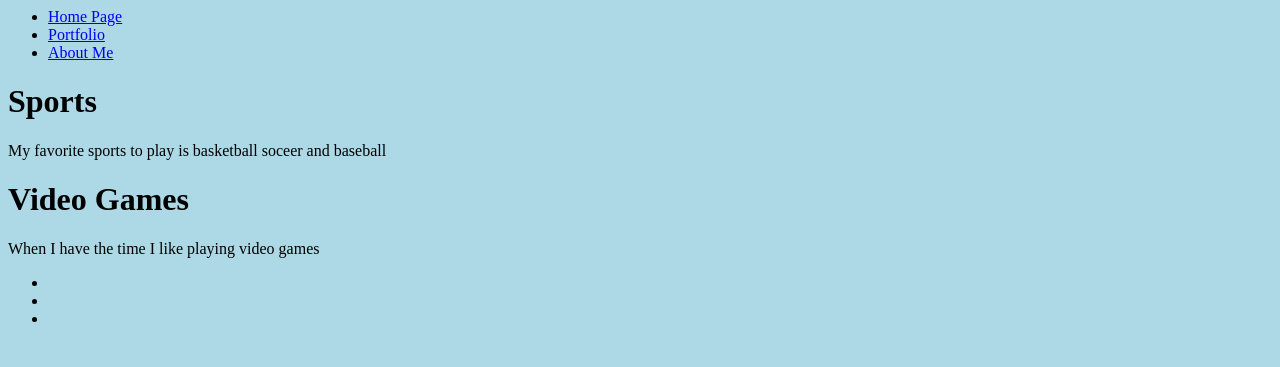
Repository: KevinAbr/KevinAbr.github.io
Page: about.html
The author's editor kept a record of every edit. The page is drawn from the files as they stood at one moment, then again after the next edit.
The browser window is 1280 px wide. The pictures show the whole page.

Above is the page before.

After the next edit:
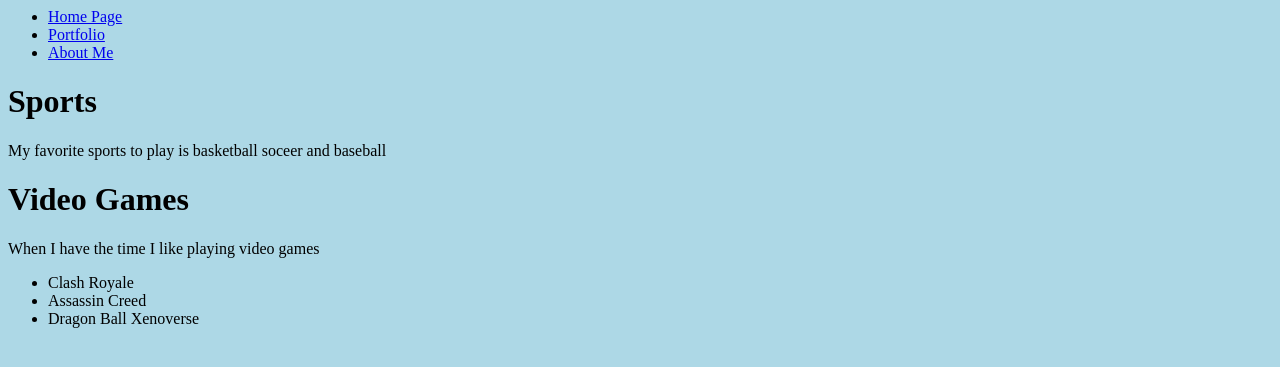
The edit:
--- a/about.html
+++ b/about.html
@@ -29,9 +29,9 @@
         <p>When I have the time I like playing video games</p>
 
         <ul>
-            <li><a href= "Clash Royale"></a></li>
-            <li><a href= "Assassin Creed"></a></li>
-            <li><a href= "Dragon Ball Xenoverse"></a></li>
+            <li>Clash Royale</li>
+            <li>Assassin Creed</li>
+            <li>Dragon Ball Xenoverse</li>
         </ul>
 
 </html>
